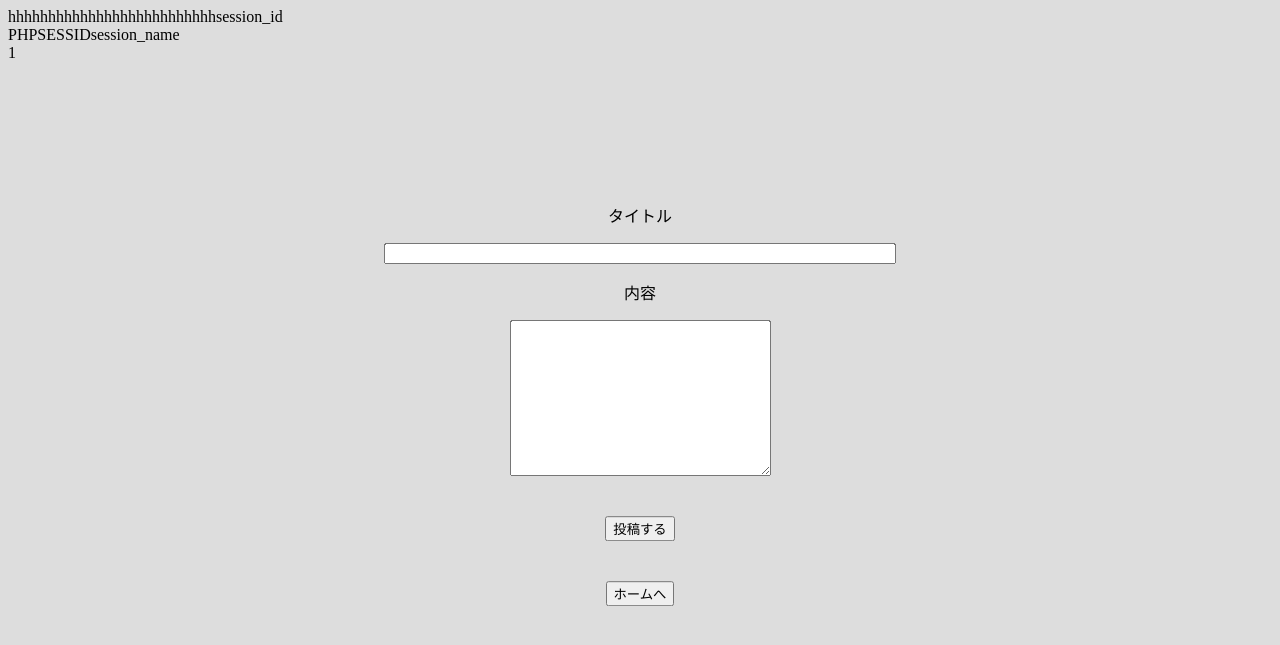
Repository: ryosuke-yamoto/BBS
Page: http://localhost/BBS_yamoto/View/Post/new_post.php
An editor plug-in stored every save of this project. The page is shown before and after the next save, followed by the edit.
The browser window is 1280 px wide. The pictures show the whole page.
The page is run by PHP 8.4 with error messages shown; the project is at /var/www/html/. The session is filled in as if someone had signed in: {"user_id": 1}. Other server files are loaded and not shown.

Above is the page before, as saved 2020-05-21 06:28:39.

### View/Post/new_post.php
<?php
  session_start();

  echo session_id()."session_id<br/>\n";//セッションIDの確認

  echo session_name()."session_name<br/>\n";//セッション名の確認

  echo $_SESSION["user_id"]."<br/>\n";//セッションIDの確認

?>

<!DOCTYPE html>
<html lang="ja">
<head>
  <meta charset="UTF-8">
  <link rel="stylesheet" href="../css/newpost.css">
  <meta name="viewport" content="width=device-width, initial-scale=1.0">
  <meta http-equiv="X-UA-Compatible" content="ie=edge">
  <title>新規投稿</title>
</head>
<body>
  <div>
    <form action="../../Controller/new_post.controller.php" method="post">
      <p>タイトル</p>
      <input type="text" name="title">
      <p>内容</p>
      <textarea name="content" id="" cols="30" rows="10"></textarea>
      <button type="submit">投稿する</button>
      <button>ホームへ</button>
    </form>
  </div>
</body>
</html>

### View/css/newpost.css
body {
  background-color: #DDDDDD;
}

div {
  position: absolute;
  top: 50%;
  left: 50%;
  transform: translate(-50%, -60%);
  width: 50%;
  height: 40%;
  text-align: center;
}

button {
  margin: 40px auto 0 auto;
  display: block;
}

input {
  width: 80%;
}

After the next save:
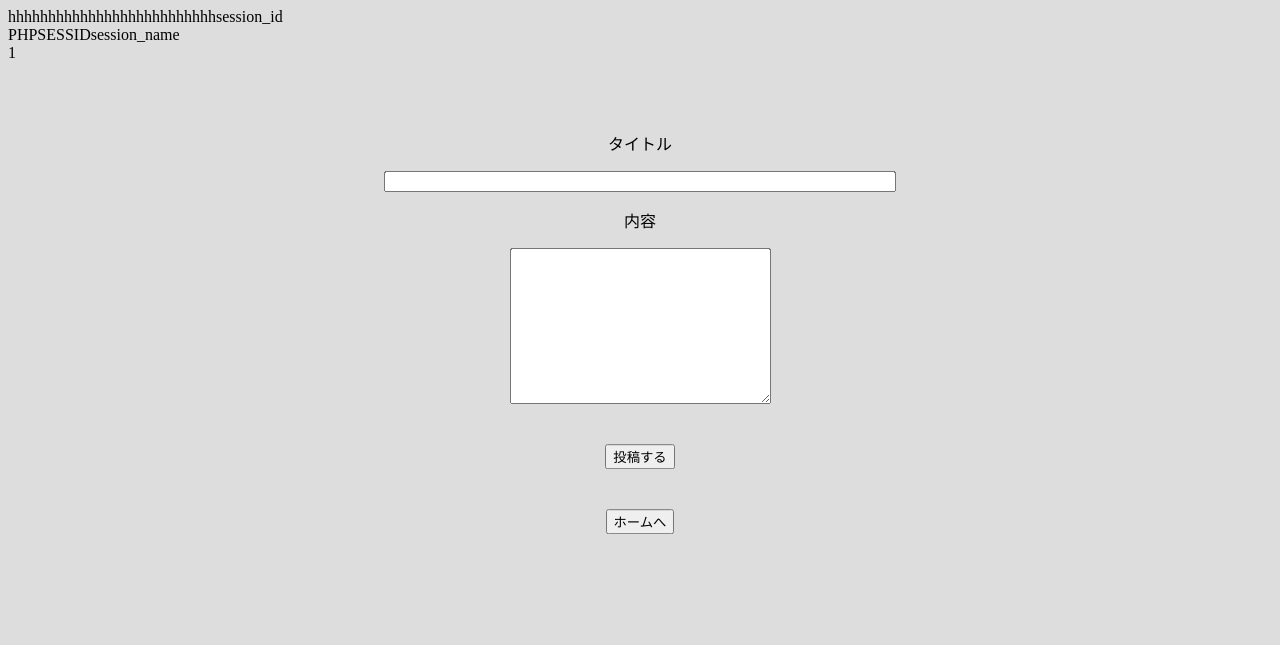
Saved 6 min 49 s later.
--- a/View/css/newpost.css
+++ b/View/css/newpost.css
@@ -4,7 +4,7 @@ body {
 
 div {
   position: absolute;
-  top: 50%;
+  top: 40%;
   left: 50%;
   transform: translate(-50%, -60%);
   width: 50%;
